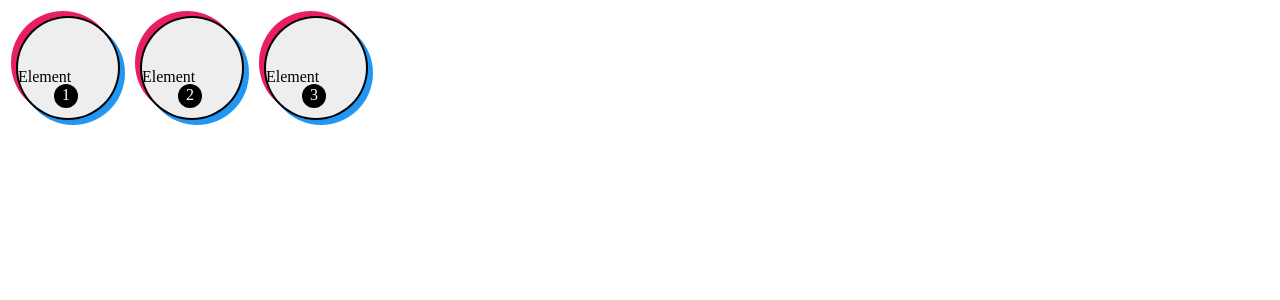
Repository: Body789/CSS_ELZERO
Page: Assignments/Assigmennt_10/Assignment_1/index.html
An editor plug-in stored every save of this project. The page is shown before and after the next save, followed by the edit.
The browser window is 1280 px wide. The pictures show the whole page.

Above is the page before, as saved 2022-09-18 12:33:43.

### Assignments/Assigmennt_10/Assignment_1/index.html
<!DOCTYPE html>
<html lang="en">
<head>
  <meta charset="UTF-8">
  <title>Ass_10_1</title>
  <link rel="stylesheet" href="Css/style.css">
</head>
<body>
  <div></div>
  <div></div>
  <div></div>
</body>
</html>

### Assignments/Assigmennt_10/Assignment_1/Css/style.css
* {
  -webkit-box-sizing: border-box;
  -moz-box-sizing: border-box;
  box-sizing: border-box;
}

div {
  box-shadow:
    0px 0px 0px 2px black,
    -5px -5px 0px 2px #e91e63,
    5px 5px 0px 2px #2196f3;
  width: 100px;
  height: 100px;
  display: inline-block;
  background-color: #eee;
  border-radius: 50px;
  margin: 10px;
  position: relative;
  counter-increment: num;
}

div::after {
  content: counter(num);
  color: white;
  background-color: black;
  width: 5px;
  display: inline-block;
  height: 20px;
  width: 20px;
  text-align: center;
  left: 36px;
  bottom: 10px;
  position: absolute;
  padding: 2px 2px;
  border-radius: 50%;
}

div::before {
  content: "Element";
  color: black;
  display: inline-block;
  position: absolute;
  top: 50px;

}

After the next save:
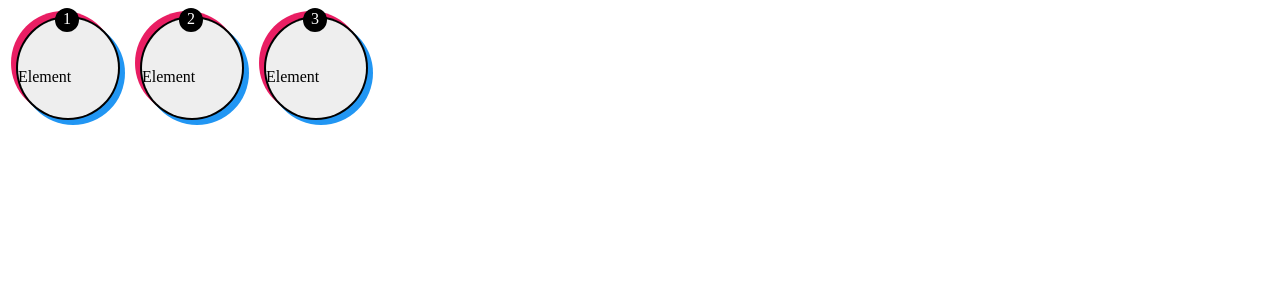
Saved 55 s later.
--- a/Assignments/Assigmennt_10/Assignment_1/Css/style.css
+++ b/Assignments/Assigmennt_10/Assignment_1/Css/style.css
@@ -28,8 +28,8 @@ div::after {
   height: 20px;
   width: 20px;
   text-align: center;
-  left: 36px;
-  bottom: 10px;
+  left: 37px;
+  bottom: 86px;
   position: absolute;
   padding: 2px 2px;
   border-radius: 50%;
